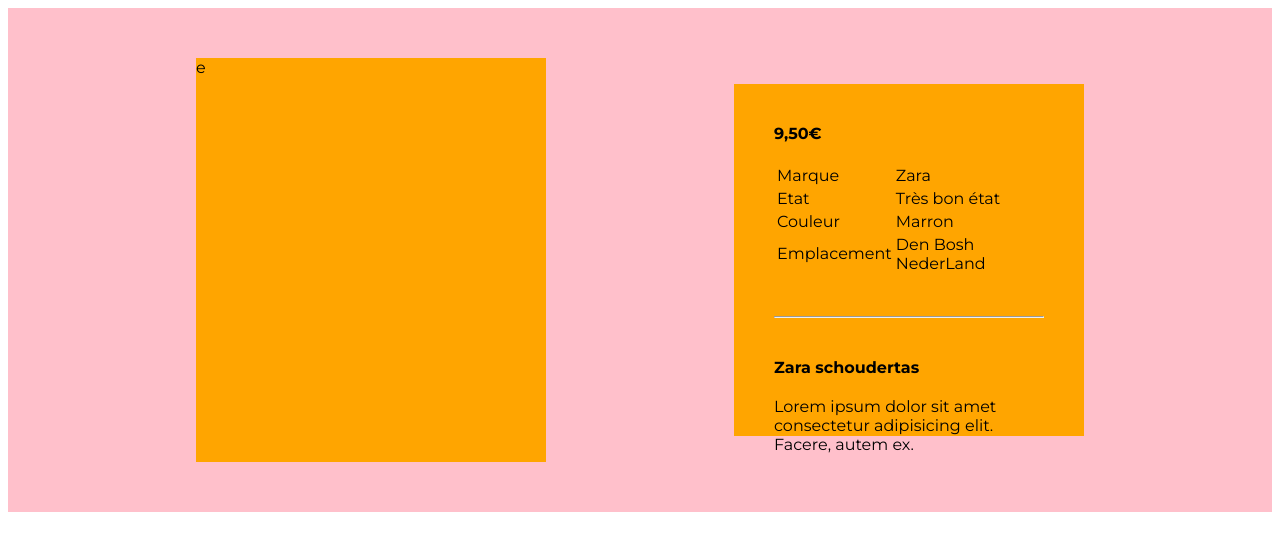
Repository: mel-in-a/vinted-front-clone
Page: html/offer.html
These files come from the project's save history. The page is drawn as it stood at one moment and after the next save; the edit follows.
The browser window is 1280 px wide. The pictures show the whole page.

Above is the page before, as saved 2021-07-29 16:44:07.

After the next save:
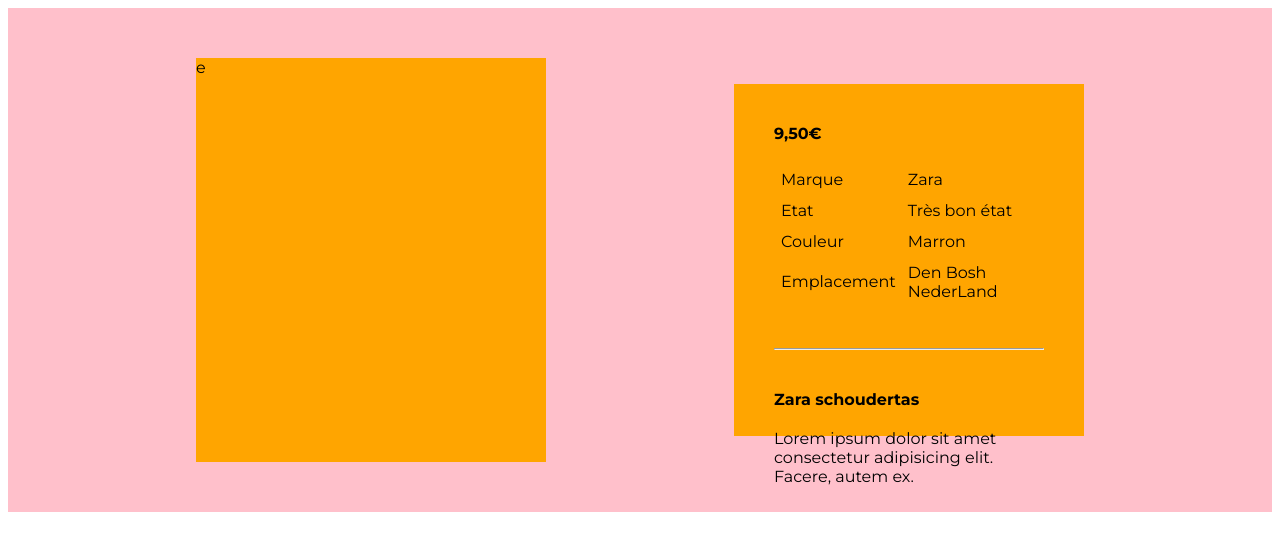
Saved 16 s later.
--- a/html/offer.css
+++ b/html/offer.css
@@ -36,7 +36,7 @@
 
 }
 
-.offer .table td {
+.offer td {
 padding: 5px;
 }
 .offer hr {
